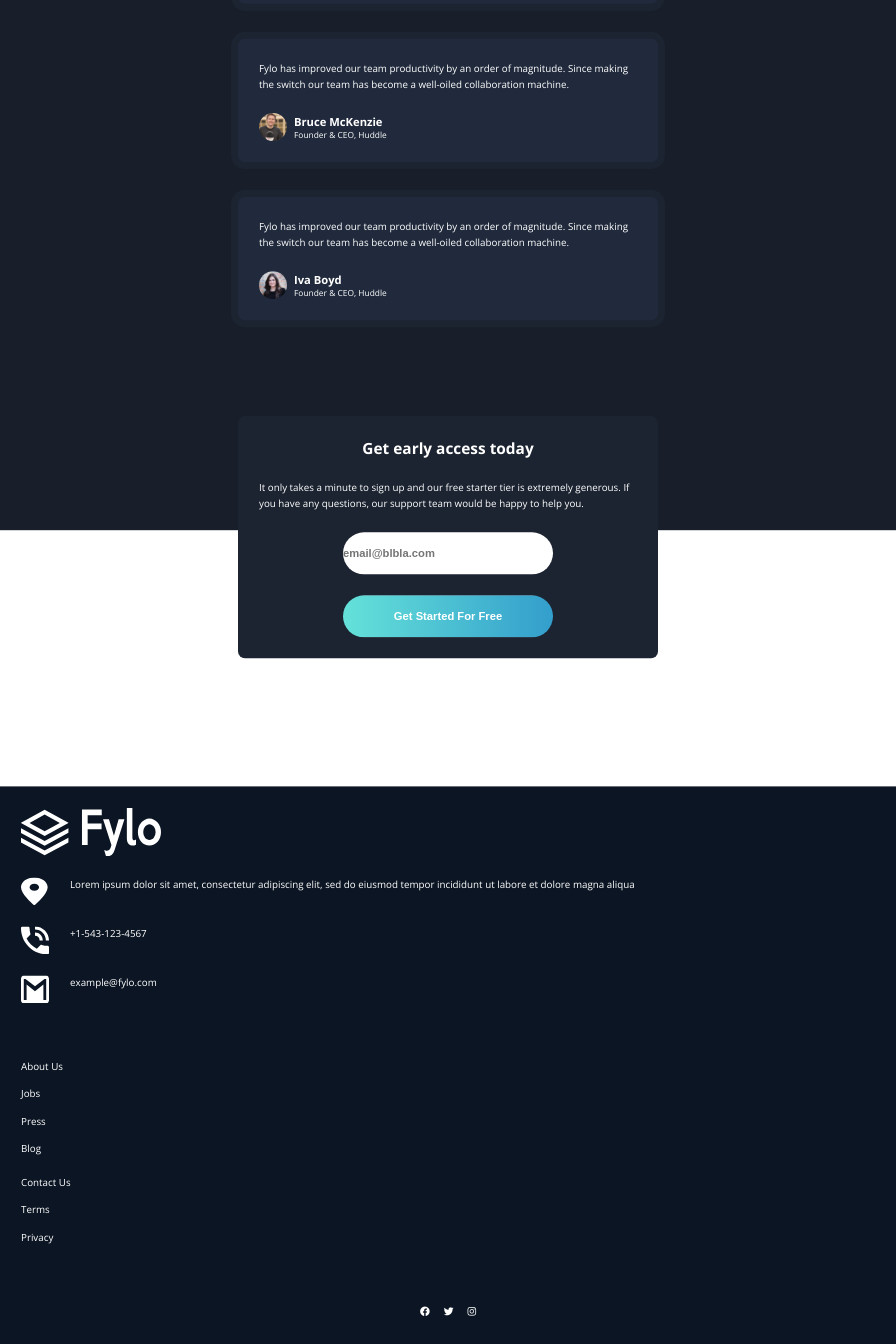
Repository: tomas938/fylo-dark-theme-landing-page-master
Page: index.html
The author's editor kept a copy of each file at every save. The page is drawn from the files as they stood at one save, then again after the next save.
The browser window is 1280 px wide. The pictures show the part of the page from y = 2939 to 4859 px (the page is 4859 px tall before and 4799 px after), at 70% of full size.
Some web libraries are served in a nearby version. The style sheet was rebuilt from its Sass, Less or Tailwind sources for each picture, by a compiler version that may differ from the author's.

Above is the page before, as saved 2021-08-05 17:42:01.

### index.html
<!DOCTYPE html>
<html lang="en">
	<head>
		<meta charset="UTF-8" />
		<meta name="viewport" content="width=device-width, initial-scale=1.0" />
		<link
			rel="icon"
			type="image/png"
			sizes="32x32"
			href="./images/favicon-32x32.png"
		/>
		<title>
			Frontend Mentor | Fylo landing page with dark theme and features grid
		</title>
		<link rel="stylesheet" href="https://pro.fontawesome.com/releases/v5.10.0/css/all.css" integrity="sha384-AYmEC3Yw5cVb3ZcuHtOA93w35dYTsvhLPVnYs9eStHfGJvOvKxVfELGroGkvsg+p" crossorigin="anonymous"/>
		<link rel="stylesheet" href="/scss/main.css" />
	</head>
	<body>
		<section class="intro">
			<nav class="intro__navigation">
				<img src="/images/logo.svg" alt="" />
				<ul class="intro__navigation__links">
					<li><a href="#">Features</a></li>
					<li><a href="#">Team</a></li>
					<li><a href="#">Sign In</a></li>
				</ul>
			</nav>
			<div class="intro__description">
				<img class="bg-image" src="/images/illustration-intro.png" alt="" />
				<h1>All your files in one secure location, accessible anywhere.</h1>
				<p>
					Fylo stores all your most important files in one secure location.
					Access them wherever you need, share and collaborate with friends
					family, and co-workers.
				</p>
				<button class="blue-rounded">Get Started</button>
			</div>
		</section>
		<section class="about">
			<div class="about__item">
				<img src="/images/icon-access-anywhere.svg" class="icon"></img>
				<h3>Access your files, anywhere</h3>
				<p>
					The ability to use a smartphone, tablet, or computer to access your
					account means your files follow you everywhere.
				</p>
			</div>
			<div class="about__item">
				<img src="/images/icon-security.svg" class="icon"></img>
				<h3>Security you can trust</h3>
				<p>
					2-factor authentication and user-controlled encryption are just a
					couple of the security features we allow to help secure your files.
				</p>
			</div>
			<div class="about__item">
				<img src="/images/icon-collaboration.svg" class="icon"></img>
				<h3>Real-time collaboration</h3>
				<p>
					Securely share files and folders with friends, family and colleagues
					for live collaboration. No email attachments required.
				</p>
			</div>
			<div class="about__item">
				<img src="/images/icon-any-file.svg" class="icon"></img>
				<h3>Store any type of file</h3>
				<p>
					Whether you're sharing holidays photos or work documents, Fylo has you
					covered allowing for all file types to be securely stored and shared.
				</p>
			</div>
		</section>
    <section class="informations">
      <div class="informations__image">
        <img src="/images/illustration-stay-productive.png" alt="">
      </div>
      <div class="informations__content">
        <h4>Stay productive, wherever you are</h4>
        <p> Never let location be an issue when
		accessing your files. Fylo has you covered for all of your file storage
		needs.</p>
        <p> Securely share files and folders with friends, family and colleagues
		for live collaboration. No email attachments required.</p>
        <div class="link">
          <a href="#"> See how Fylo works</a>
          <img src="/images/icon-arrow.svg" alt="">
        </div>
      </div>
    </section>
    <section class="testimonials">
      <div class="testimonials__item">
        <img class="quotes" src="/images/bg-quotes.png" alt="">
        <p>	Fylo has improved our team productivity by an order of magnitude. Since
		making the switch our team has become a well-oiled collaboration machine.</p>
      <div class="person">
        <img src="/images/profile-1.jpg" alt="">
        <div class="person__information">
          <h4>	Satish Patel </h4>
          <h5> Founder & CEO, Huddle</h5>
        </div>
      </div>
      </div>
      <div class="testimonials__item">
        <p>	Fylo has improved our team productivity
		by an order of magnitude. Since making the switch our team has become a
		well-oiled collaboration machine.</p>
      <div class="person">
        <img src="/images/profile-2.jpg" alt="">
        <div class="person__information">
          <h4>Bruce McKenzie </h4>
          <h5> Founder & CEO, Huddle</h5>
        </div>
      </div>
      </div>
      <div class="testimonials__item">
        <p>	Fylo has improved our team productivity
		by an order of magnitude. Since making the switch our team has become a
		well-oiled collaboration machine.</p>
      <div class="person">
        <img src="/images/profile-3.jpg" alt="">
        <div class="person__information">
          <h4>	Iva Boyd </h4>
          <h5> Founder & CEO, Huddle</h5>
        </div>
      </div>
      </div>
    </section >
	<section class="contact">
		<div class="contact__item">
			<h3>Get early access today</h3>
			<p>	 It only takes a minute to sign
		  up and our free starter tier is extremely generous. If you have any
		  questions, our support team would be happy to help you.</p>
		  <input type="text" placeholder="email@blbla.com">
		  <button class="blue-rounded ">Get Started For Free</button>
		</div>
	</section>
	<footer class="footer">
		<img class="logo" src="/images/logo.svg" alt="">
		<div  class="footer__information">
			<div class="footer__information__item">
				<img  src="/images/icon-location.svg" alt="">
				<p>Lorem ipsum dolor sit amet, consectetur adipiscing elit, sed do eiusmod
		tempor incididunt ut labore et dolore magna aliqua</p>
			</div>
			<div class="footer__information__item">
				<img src="/images/icon-phone.svg" alt="">
				<p> +1-543-123-4567</p>
			</div>
			<div class="footer__information__item">
				<img  src="/images/icon-email.svg" alt="">
				<p>example@fylo.com</p>
			</div>
		</div>
		<div class="links-up">
			<a href="#">About Us</a>
			<a href="#">Jobs</a>
			<a href="#">Press</a>
			<a href="#"> Blog</a>
		</div>
		<div class="links-down">
			<a href="#"> Contact Us</a>
			<a href="#">Terms</a>
			<a href="#"> Privacy</a>
		</div>
		<div class="icons">
			<a href=""><i class="fab fa-facebook"></i></a>
			<a href=""><i class="fab fa-twitter"></i></a>
			<a href=""><i class="fab fa-instagram"></i></a>
		</div>
	</footer>



	</body>
</html>

### scss/main.scss
@import "./_partials/variables";
@import "./_partials/_reset";
@import "./_partials/_intro";
@import "./_partials/_about";
@import "./_partials/_informations";
@import "./_partials/_testimonials";
@import "./_partials/_contact";
@import "./_partials/_footer";

### scss/_partials/_variables.scss
// COLORS //

// ### Primary //

$intro-bg: hsl(217, 28%, 15%); // intro email sign up
$main-bg: hsl(218, 28%, 13%);
$footer-bg: hsl(216, 53%, 9%);
$testimonials-bg: hsl(219, 30%, 18%);

// ### Accent //

$cayn: hsl(176, 68%, 64%); //(inside call-to-action gradient)//
$blue: hsl(198, 60%, 50%); //(inside call-to-action gradient)//
$error: hsl(0, 100%, 63%);

// ### Neutral //

$white: hsl(0, 0%, 100%);

// FONTS //

// ### Headings, Call-to-actions, Header Navigation //

@import url("https://fonts.googleapis.com/css2?family=Raleway:wght@400;700&display=swap");

$heading-font: "Raleway", sans-serif;
$heading-light: 400;
$heading-bold: 700;

// ### Body //

@import url("https://fonts.googleapis.com/css2?family=Open+Sans:wght@400;700&family=Raleway:wght@400;700&display=swap");

$body-font: "Open Sans", sans-serif;
$body-light: 400;
$body-bold: 700;

// Button
.blue-rounded {
	max-width: 30rem;
	font-size: 1.6rem;
	font-weight: $heading-bold;
	border: none;
	outline: none;
	color: $white;
	background-image: linear-gradient(to right, $cayn, $blue);
	border-radius: 3rem;
	height: 6rem;
	width: 100%;
}

### scss/_partials/_reset.scss
* {
	margin: 0;
	padding: 0;
	box-sizing: border-box;
}
body {
	color: $white;
	font-family: $body-font;
}
html {
	font-size: 62.5%;
	// @media only screen and (max-width: 375px) {
	// 	font-size: 92.5%;
	// }
}
a {
	text-decoration: none;
}
li {
	list-style: none;
}

### scss/_partials/_intro.scss
.intro {
	background-color: $intro-bg;
	font-family: $heading-font;
	background-image: url(/images/bg-curvy-mobile.svg);
	background-repeat: no-repeat;
	background-position: bottom;
	background-size: 150% 50%;

	&__navigation {
		padding: 3rem 2rem;
		display: flex;
		justify-content: space-between;
	}
	img {
		width: 10rem;
		height: 2.95rem;
	}

	&__navigation__links {
		display: flex;
		align-items: center;
	}
	li:not(:last-child) {
		margin-right: 2.2rem;
	}
	a {
		color: $white;
		font-weight: $heading-light;
		font-size: 1.4rem;
	}
	&__description {
		max-width: 60rem;
		padding: 3rem;
		margin: auto;
		display: flex;
		flex-direction: column;
		align-items: center;
		grid-gap: 2rem;
	}
	.bg-image {
		width: 100%;
		height: 100%;
	}
	h1 {
		font-size: 2.5rem;
		text-align: center;
		line-height: 3.5rem;
	}
	p {
		font-size: 1.4rem;
		line-height: 2.3rem;
		text-align: center;
	}
}

### scss/_partials/_about.scss
.about {
	display: grid;
	grid-template-columns: 1fr;
	justify-items: center;
	grid-gap: 5rem;
	background-color: $main-bg;
	font-family: $heading-font;
	padding: 5rem 0;
	&__item {
		max-width: 35rem;
		display: flex;
		flex-direction: column;
		align-items: center;
		justify-content: center;
		padding: 0 1.5rem;
		grid-gap: 1rem;
	}
	.icon {
		margin-bottom: 3rem;
	}
	h3 {
		font-size: 2.2rem;
	}
	p {
		font-size: 1.4rem;
		line-height: 2.3rem;
	}
	h3,
	p {
		text-align: center;
	}
}

### scss/_partials/_informations.scss
.informations {
	display: flex;
	flex-direction: column;
	justify-content: center;
	align-items: center;
	grid-gap: 3rem;
	font-family: $heading-font;
	background-color: $main-bg;
	padding: 3rem;
	&__image {
		img {
			width: 100%;
		}
	}
	&__content {
		max-width: 60rem;

		display: flex;
		flex-direction: column;
		grid-gap: 2rem;
	}
	h3 {
		text-align: center;
	}

	h4 {
		font-size: 1.8rem;
	}
	p {
		font-size: 1.4rem;
		line-height: 2.3rem;
		text-align: left;
	}
	.link {
		display: flex;
		align-items: center;
		justify-content: flex-start;
		border-bottom: 1px solid $cayn;
		width: 16rem;
		a {
			font-size: 1.4rem;
			color: $cayn;
		}
		img {
			margin-left: 1rem;
			height: 2rem;
		}
	}
}

### scss/_partials/_testimonials.scss
.testimonials {
	background-color: $main-bg;
	display: flex;
	flex-direction: column;
	align-items: center;
	grid-gap: 5rem;
	padding: 10rem 4rem 30rem 4rem;
	position: relative;
	&__item {
		max-width: 60rem;
		background-color: $testimonials-bg;
		border-radius: 1rem;
		box-shadow: 0px 0px 0px 10px $intro-bg;
		padding: 3rem;
		display: flex;
		flex-direction: column;
		grid-gap: 3rem;
		position: relative;
		.quotes {
			position: absolute;
			top: -2.5rem;
			left: 0;
		}
	}
	.person {
		display: flex;
		align-items: center;
		grid-gap: 1rem;
	}
	img {
		border-radius: 50%;
		width: 4rem;
		height: 4rem;
	}
	p {
		font-size: 1.4rem;
		line-height: 2.3rem;
	}
	h4 {
		font-size: 1.6rem;
	}
	h5 {
		font-size: 1.2rem;
		font-weight: $heading-light;
	}
}

### scss/_partials/_contact.scss
.contact {
	display: flex;
	justify-content: center;
	padding: 1rem;
	.contact__item {
		transform: translateY(-50%);
		background-color: $intro-bg;
		padding: 3rem;
		border-radius: 1rem;
		max-width: 60rem;
		display: flex;
		flex-direction: column;
		align-items: center;
		grid-gap: 3rem;
	}
	h3 {
		font-size: 2.2rem;
	}
	p {
		font-size: 1.4rem;
		line-height: 2.3rem;
	}
	input {
		max-width: 30rem;
		font-size: 1.6rem;
		font-weight: $heading-bold;
		border: none;
		outline: none;
		color: $white;
		border-radius: 3rem;
		height: 6rem;
		width: 100%;
	}
}

### scss/_partials/_footer.scss
.footer {
	display: flex;
	flex-direction: column;
	grid-gap: 3rem;
	background-color: $footer-bg;
	padding: 3rem;
	font-size: 1.4rem;

	&__information {
		display: flex;
		flex-direction: column;
		grid-gap: 3rem;
	}
	&__information__item {
		display: flex;
		grid-gap: 3rem;
	}
	.logo {
		width: 20rem;
		height: 7rem;
	}
	.links-up,
	.links-down {
		display: flex;
		flex-direction: column;
		grid-gap: 2rem;
	}
	.links-up {
		padding-top: 5rem;
	}
	.links-down {
		padding-bottom: 5rem;
	}
	.icons {
		display: flex;
		justify-content: center;
	}
	i {
		padding: 1rem;
	}
	img {
		width: 4rem;
		height: 4rem;
	}
	a {
		color: $white;
	}
}

After the next save:
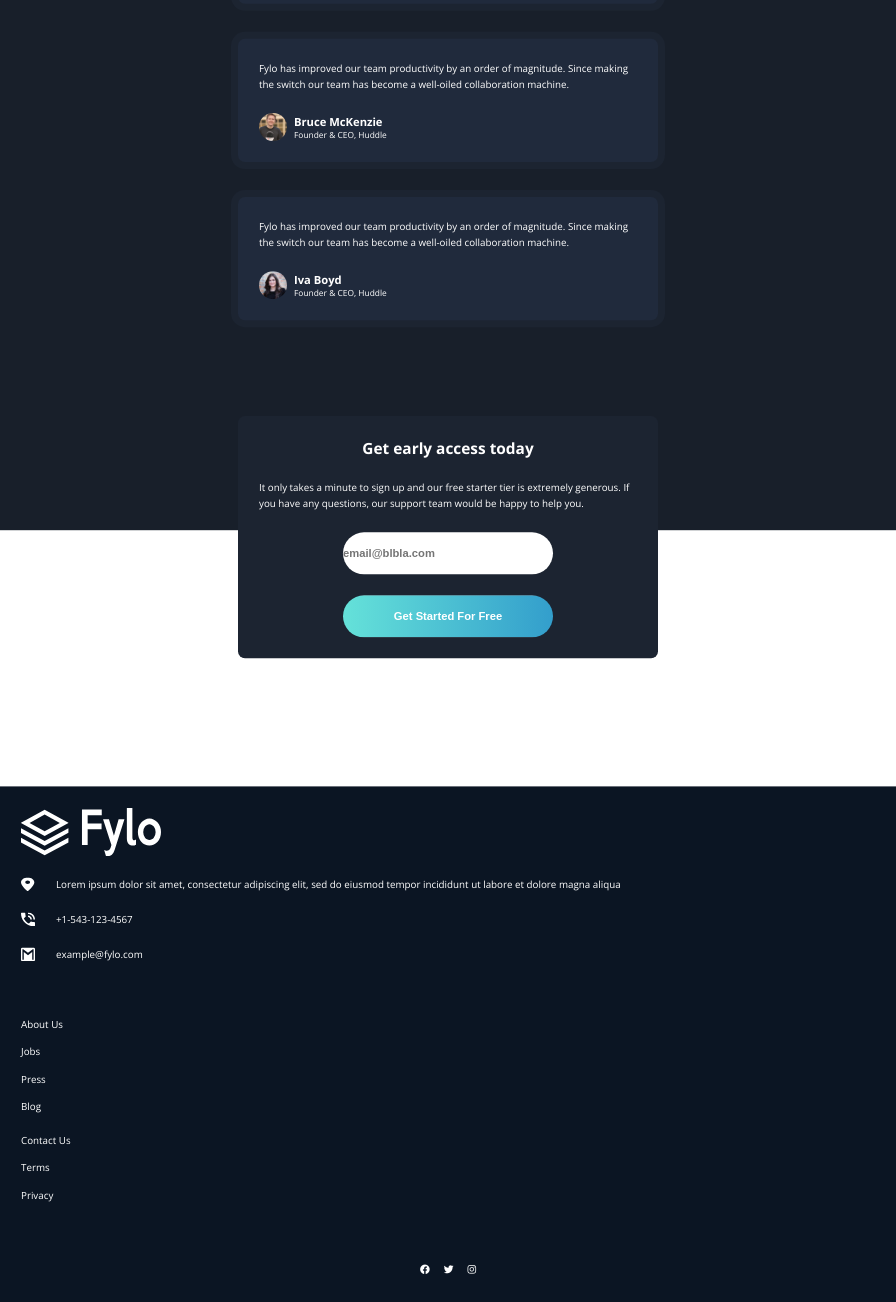
Saved 7 s later.
--- a/scss/_partials/_footer.scss
+++ b/scss/_partials/_footer.scss
@@ -39,8 +39,8 @@
 		padding: 1rem;
 	}
 	img {
-		width: 4rem;
-		height: 4rem;
+		width: 2rem;
+		height: 2rem;
 	}
 	a {
 		color: $white;
